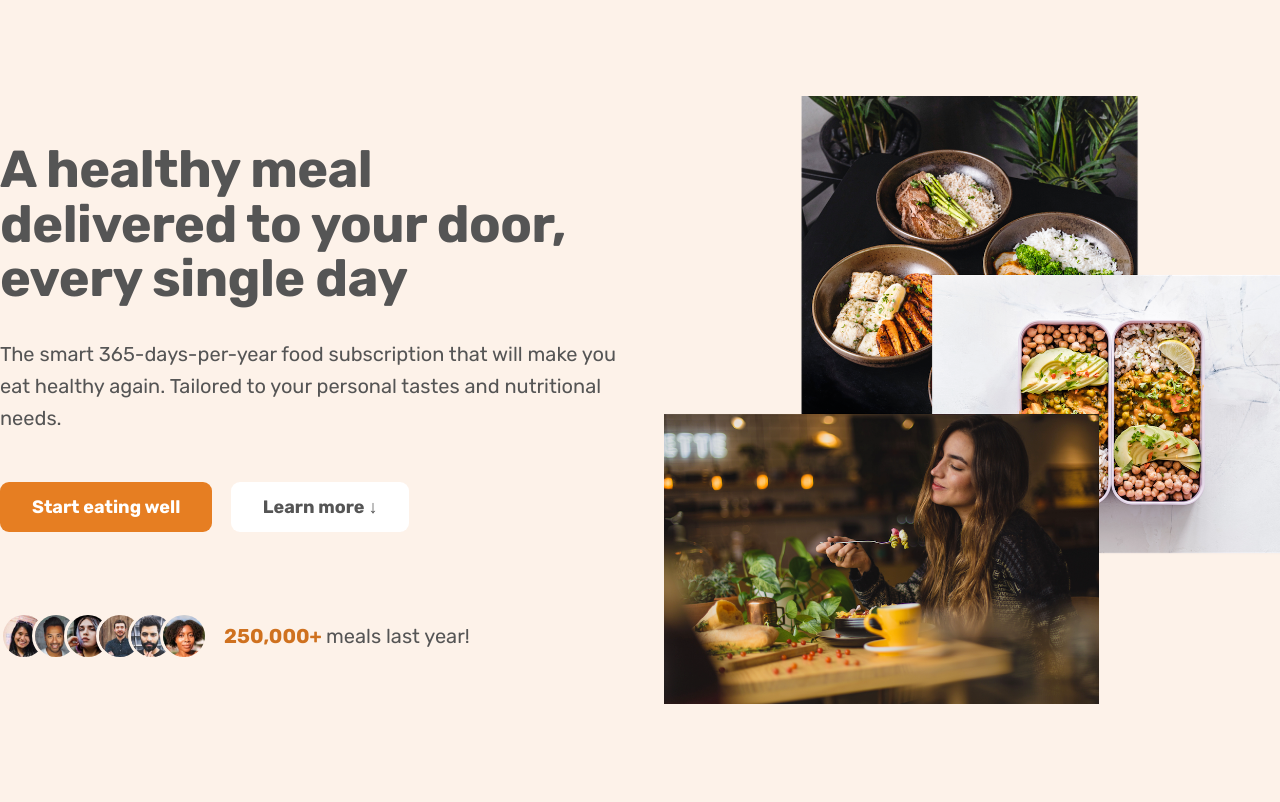
Repository: WefsCao/Omnifood
Page: index.html
The author's editor kept a copy of each file at every save. The page is drawn from the files as they stood at one save, then again after the next save.
The browser window is 1280 px wide. The pictures show the whole page.

Above is the page before, as saved 2022-06-04 13:48:57.

### index.html
<!DOCTYPE html>
<html lang="en">
  <head>
    <meta charset="UTF-8" />
    <meta http-equiv="X-UA-Compatible" content="IE=edge" />
    <meta name="viewport" content="width=device-width, initial-scale=1.0" />

    <link rel="preconnect" href="https://fonts.gstatic.com" crossorigin />
    <link
      href="https://fonts.googleapis.com/css2?family=Rubik:wght@400;500;600;700&display=swap"
      rel="stylesheet"
    />
    <link rel="stylesheet" href="./css/style.css" />
    <title>Omnifood</title>
  </head>
  <body>
    <section class="section-hero">
      <div class="hero">
        <div class="hero-text-box">
          <h1 class="heading-primary">
            A healthy meal delivered to your door, every single day
          </h1>
          <p class="hero-description">
            The smart 365-days-per-year food subscription that will make you eat
            healthy again. Tailored to your personal tastes and nutritional
            needs.
          </p>
          <a href="#" class="btn btn--full margin-ringht-sm"
            >Start eating well</a
          >
          <a href="#" class="btn btn--outline">Learn more &darr;</a>
          <div class="delivered-meals">
            <div class="delivered-imgs">
              <img src="img/customers/customer-1.jpg" />
              <img src="img/customers/customer-2.jpg" />
              <img src="img/customers/customer-3.jpg" />
              <img src="img/customers/customer-4.jpg" />
              <img src="img/customers/customer-5.jpg" />
              <img src="img/customers/customer-6.jpg" />
            </div>
            <div class="delivered-text">
              <span>250,000+ </span>meals last year!
            </div>
          </div>
        </div>
        <div class="hero-img-box">
          <img src="img/hero.png" alt="Hero of image" class="hero-img" />
        </div>
      </div>
    </section>
  </body>
</html>

### css/style.css
/*
--- 01 TYPOGRAPHY
- Font size system (px)
    10 / 12 / 14 / 16 / 18 / 20 / 24 / 30 / 36 / 44 / 52 / 62 / 74 / 86 / 98

- Font weights:
Default: 400

- Line heights:
Default: 1


--- 02 COLOR

- Primary: #e67e22
- Tints: #fdf2e9
- Shades: #cf711f
- Accents:
- Grey:
 #555
 #333

 --- 05 SHADOW

 --- 06 BORDER RADIUS

 --- 07 WHITE SPACES
 - Spacint system (px)
 2 / 4 / 8 / 12 / 16 / 24 / 32 / 48 / 64 / 80 / 96 / 128
*/
html {
  font-size: 62.5%;
}
* {
  margin: 0;
  padding: 0;
  box-sizing: border-box;
}
body {
  font-family: "Rubik", sans-serif;
  color: #555;
  font-weight: 400;
  line-height: 1;
}
.section-hero {
  background-color: #fdf2e9;
  padding: 9.6rem 0;
}

.hero {
  display: grid;
  grid-template-columns: 1fr 1fr;
  gap: 4.8rem;
  align-items: center;
  max-width: 130rem;
  margin: 0 auto;
}
.heading-primary {
  font-size: 5.2rem;
  line-height: 1.05;
  font-weight: 700;
  letter-spacing: -0.5px;
  margin-bottom: 3.2rem;
}
.hero-description {
  font-size: 2rem;
  line-height: 1.6;
  margin-bottom: 4.8rem;
}
.btn:link,
.btn:visited {
  outline: none;
  display: inline-block;
  padding: 1.6rem 3.2rem;
  font-size: 1.8rem;
  font-weight: 700;
  border-radius: 9px;
  text-decoration: none;
  transition: background-color 0.3s;
}
.btn--full:link,
.btn--full:visited {
  background-color: #e67e22;
  color: #fff;
}
.btn--full:hover,
.btn--full:active {
  background-color: #cf711f;
}

.btn--outline:link,
.btn--outline:visited {
  background-color: #fff;
  color: #555;
}
.btn--outline:hover,
.btn--outline:active {
  background-color: #fdf2e9;
  box-shadow: inset 0 0 0 3px #fff;
}
.margin-ringht-sm {
  margin-right: 1.6rem;
}
.delivered-meals {
  display: flex;
  align-items: center;
  gap: 1.6rem;
  margin-top: 8rem;
}
.delivered-imgs {
  display: flex;
}
.delivered-imgs img {
  width: 4.8rem;
  height: 4.8rem;
  border-radius: 50%;
  border: 3px solid #fdf2e9;
  margin-right: -1.6rem;
}
.delivered-imgs img:last-child {
  margin: 0;
}
.delivered-text {
  font-size: 2rem;
}
.delivered-text span {
  font-weight: 700;
  color: #cf711f;
}
.hero-img {
  width: 100%;
}

After the next save:
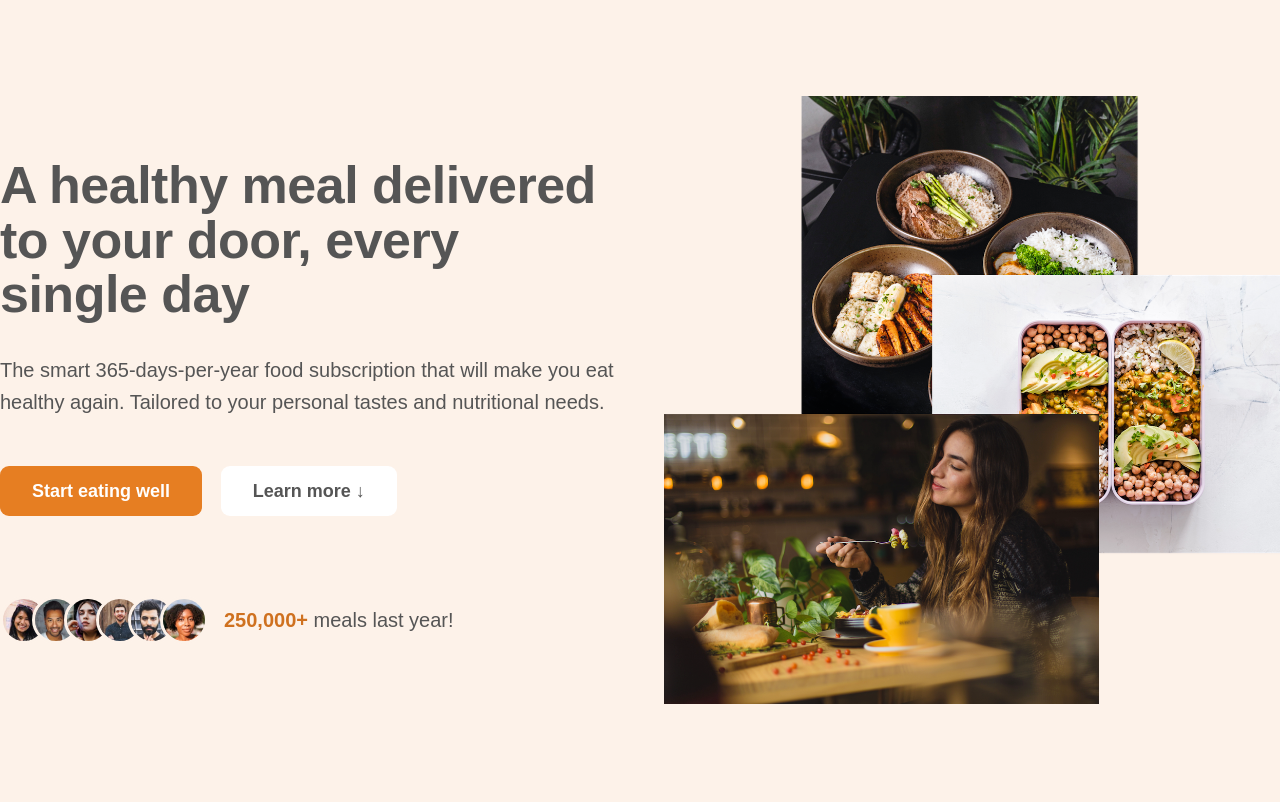
Saved 16 min 44 s later.
--- a/index.html
+++ b/index.html
@@ -5,11 +5,13 @@
     <meta http-equiv="X-UA-Compatible" content="IE=edge" />
     <meta name="viewport" content="width=device-width, initial-scale=1.0" />
 
+    <link rel="preconnect" href="https://fonts.googleapis.com" />
     <link rel="preconnect" href="https://fonts.gstatic.com" crossorigin />
     <link
-      href="https://fonts.googleapis.com/css2?family=Rubik:wght@400;500;600;700&display=swap"
+      href="https://fonts.googleapis.com/css2?family=Inter:wght@400;500;600;700&display=swap"
       rel="stylesheet"
     />
+
     <link rel="stylesheet" href="./css/style.css" />
     <title>Omnifood</title>
   </head>

After the save that followed:
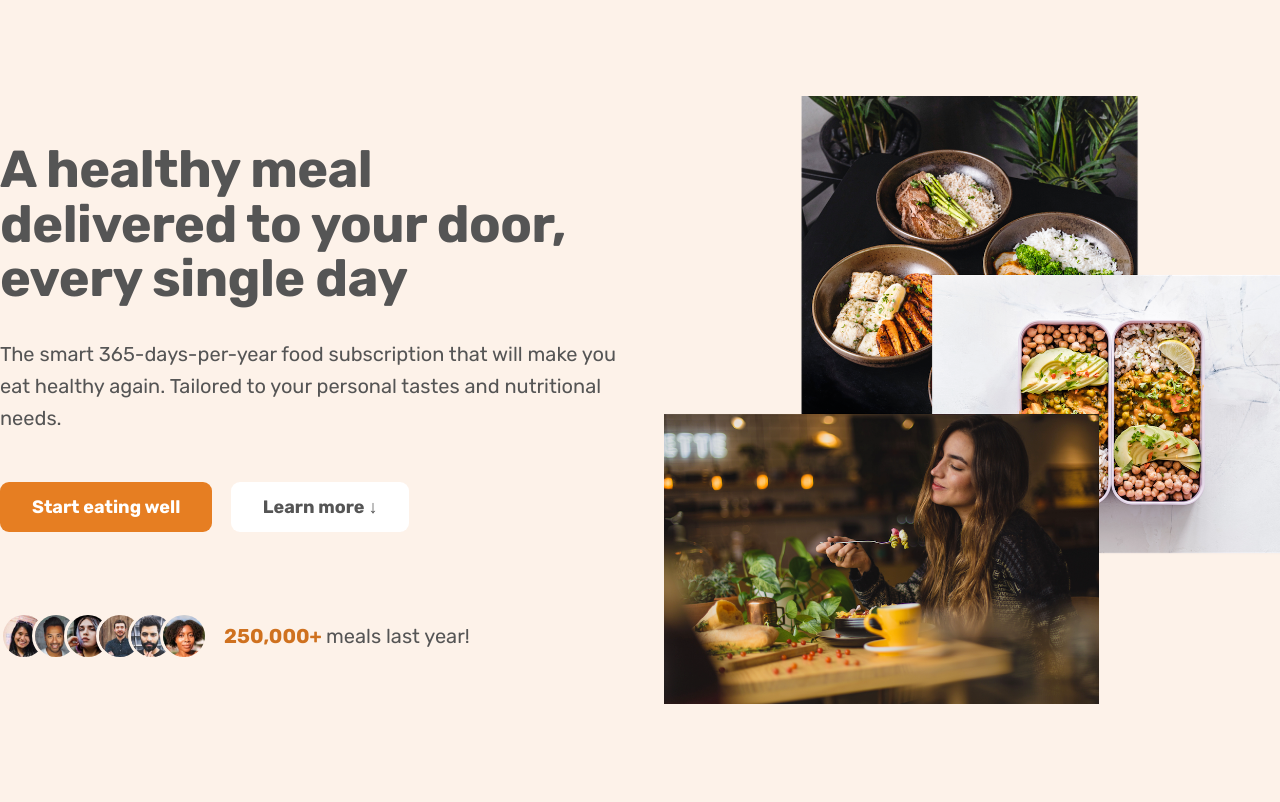
Saved 85 s later.
--- a/index.html
+++ b/index.html
@@ -8,7 +8,7 @@
     <link rel="preconnect" href="https://fonts.googleapis.com" />
     <link rel="preconnect" href="https://fonts.gstatic.com" crossorigin />
     <link
-      href="https://fonts.googleapis.com/css2?family=Inter:wght@400;500;600;700&display=swap"
+      href="https://fonts.googleapis.com/css2?family=Rubik:wght@400;500;600;700&display=swap"
       rel="stylesheet"
     />
 
